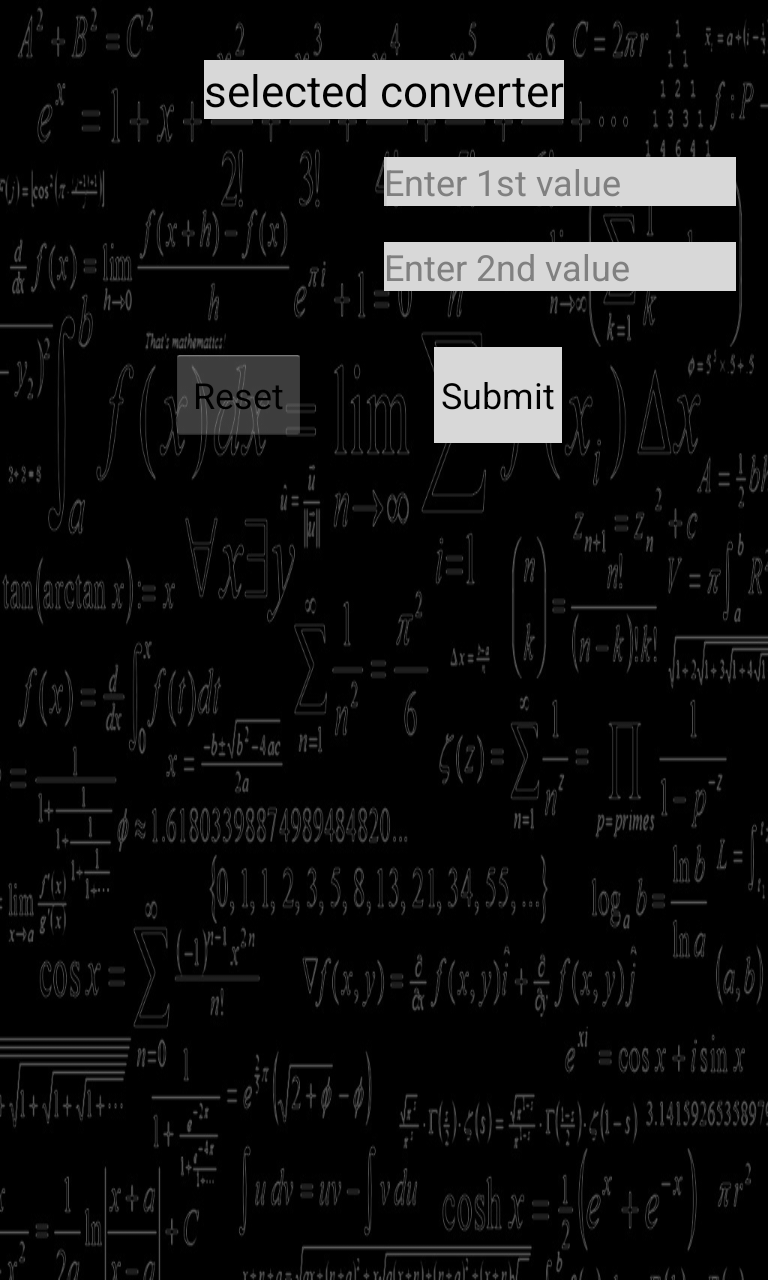
Repository: priyankaaj/practiced-apps
Layout: Converter/res/layout/activity_main.xml
These files come from the project's save history. The layout is drawn as it stood at one moment and after the next save; the edit follows.
It is drawn on a 768 x 1280 px phone screen (xhdpi) without system bars, with theme AppTheme; the app's code is not run.

Above is the layout before, as saved 2015-09-24 18:50:47.

After the next save:
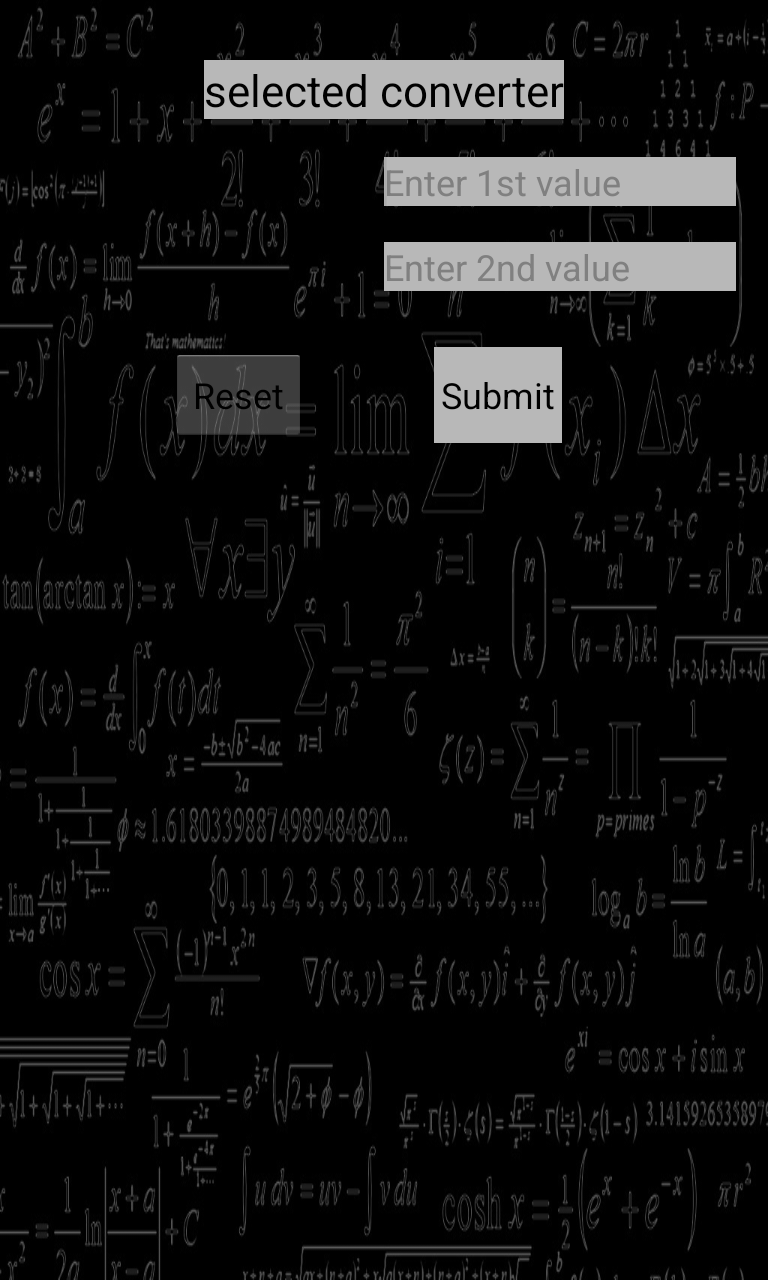
Saved 75 s later.
--- a/Converter/res/layout/activity_main.xml
+++ b/Converter/res/layout/activity_main.xml
@@ -17,7 +17,7 @@
         android:layout_centerHorizontal="true"
         android:layout_marginTop="14dp"
         android:text="selected converter"
-        android:background="#D8D8D8"
+        android:background="#B8B8B8"
         android:textAppearance="?android:attr/textAppearanceLarge" />
 
     <Spinner
@@ -26,7 +26,7 @@
         android:layout_height="wrap_content"
         android:layout_below="@+id/selectedconverter"
         android:layout_centerHorizontal="true"
-        android:background="#D8D8D8"
+        android:background="#B8B8B8"
         android:layout_marginTop="19dp" />
 
     <EditText
@@ -36,7 +36,7 @@
         android:layout_alignLeft="@+id/spinnerconvertoptions"
         android:layout_below="@+id/spinnerconvertoptions"
         android:ems="10"
-        android:background="#D8D8D8"
+        android:background="#B8B8B8"
         android:hint="Enter 1st value" >
 
         <requestFocus />
@@ -50,7 +50,7 @@
         android:layout_below="@+id/entvalue1"
         android:layout_marginTop="18dp"
         android:ems="10"
-        android:background="#D8D8D8"
+        android:background="#B8B8B8"
         android:hint="Enter 2nd value" />
 
     <Button
@@ -61,7 +61,7 @@
         android:layout_below="@+id/entvalue2"
         android:layout_marginLeft="25dp"
         android:layout_marginTop="28dp"
-        android:background="#D8D8D8"
+        android:background="#B8B8B8"
         android:text="Submit" />
 
     <Button
